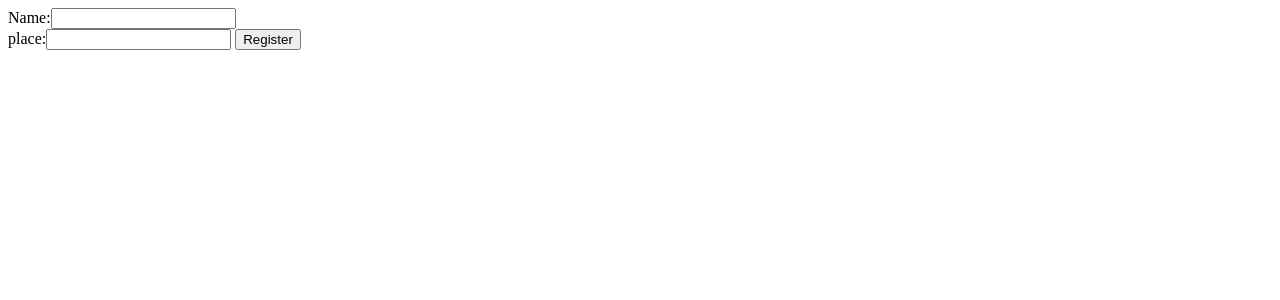
Repository: iamvinayhv/Servlets
Page: Demo/WebContent/wecome.html
The author's editor kept a copy of each file at every save. The page is drawn from the files as they stood at one save, then again after the next save.
The browser window is 1280 px wide. The pictures show the whole page.

Above is the page before, as saved 2017-03-03 09:11:08.

After the next save:
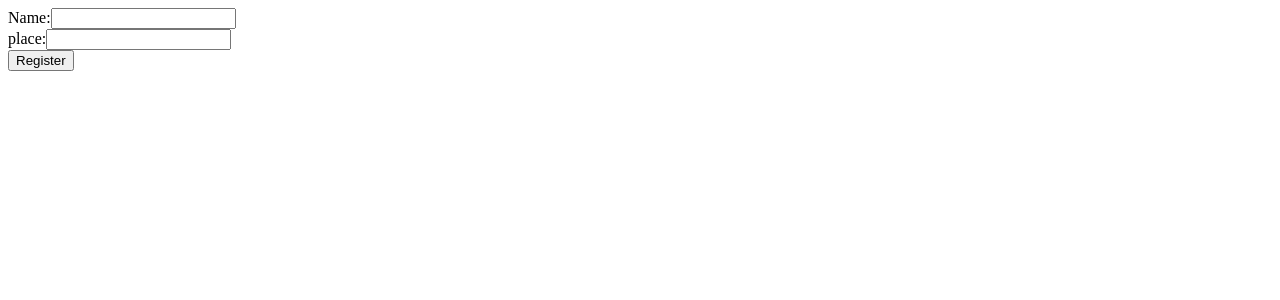
Saved 7 s later.
--- a/Demo/WebContent/wecome.html
+++ b/Demo/WebContent/wecome.html
@@ -8,7 +8,7 @@
 <form action="fs">
 
 Name:<input type="text"><br/>
-place:<input type="text">
+place:<input type="text"><br/>
 <input type="button" value="Register">
 </form>
 
